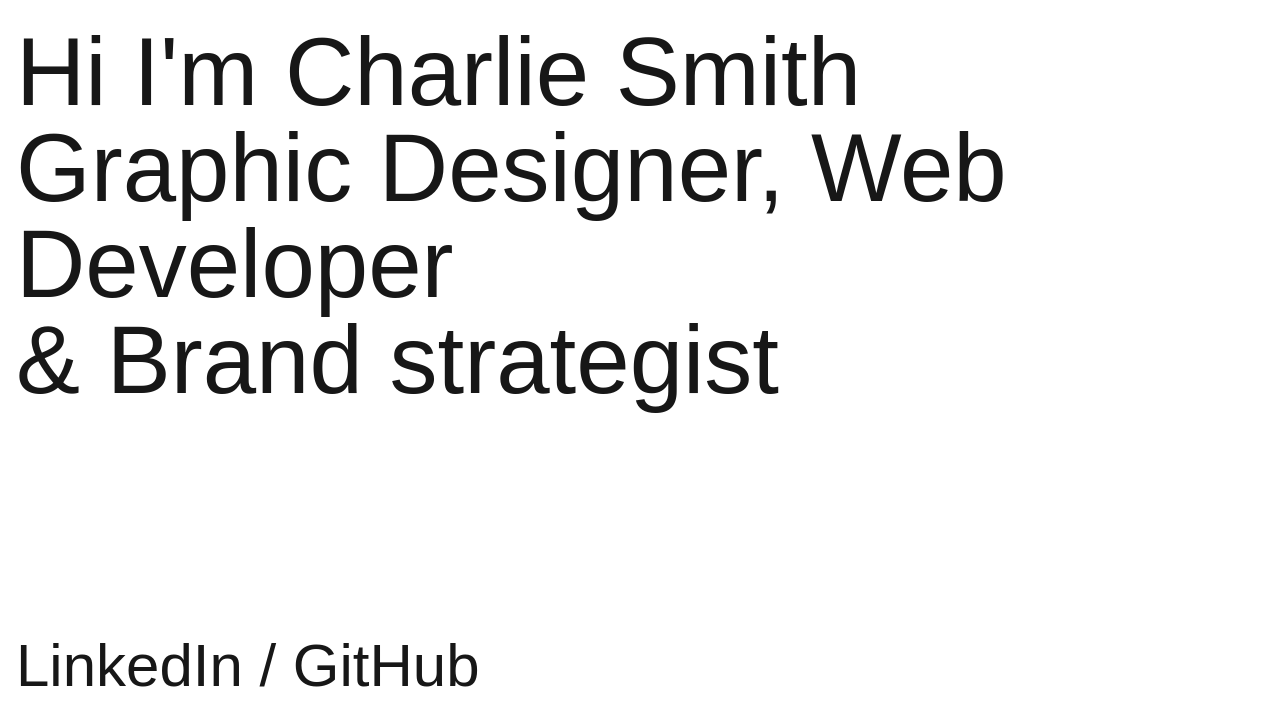
Repository: charlehs/portfolio
Page: /
An editor plug-in stored every save of this project. The page is shown before and after the next save, followed by the edit.
The browser window is 1280 px wide. The pictures show the whole page.
The project was rebuilt for these pictures with package versions that can differ from the ones it lists, and the page was loaded fresh each time. The framework's server and built-in components were replaced by stand-ins that run in the browser. Also part of the build but not shown: next.config.ts.

Above is the page before, as saved 2025-01-02 16:50:10.

### app/layout.tsx
import type { Metadata } from "next";
import localFont from "next/font/local";
import Nav from "./components/Nav";
import "./globals.css";

const geistSans = localFont({
  src: "./fonts/GeistVF.woff",
  variable: "--font-geist-sans",
  weight: "100 900",
});
const geistMono = localFont({
  src: "./fonts/GeistMonoVF.woff",
  variable: "--font-geist-mono",
  weight: "100 900",
});

export const metadata: Metadata = {
  title: "Create Next App",
  description: "Generated by create next app",
};

export default function RootLayout({
  children,
}: Readonly<{
  children: React.ReactNode;
}>) {
  return (
    <html lang="en">
      <body
        className={`${geistSans.variable} ${geistMono.variable} antialiased`}
      >
        {/* <Nav /> */}
        {children}
      </body>
    </html>
  );
}

### app/page.tsx
import Image from "next/image";

export default function Home() {
  return (
    <div className="px-4 py-6 flex flex-col justify-between h-screen ">
      <main className=" ">
        <p className=" text-8xl">
          Hi I'm Charlie Smith
          <br />{" "}
          <span>
            Graphic Designer, Web Developer
            <br /> & Brand strategist
          </span>
        </p>
      </main>
      <footer className=" ">
        <p className=" text-6xl">LinkedIn / GitHub</p>
      </footer>
    </div>
  );
}

### app/globals.css
@tailwind base;
@tailwind components;
@tailwind utilities;

:root {
  --background: #ffffff;
  --foreground: #171717;
}

@media (prefers-color-scheme: dark) {
  :root {
    --background: #0a0a0a;
    --foreground: #ededed;
  }
}

body {
  color: var(--foreground);
  background: var(--background);
  font-family: Arial, Helvetica, sans-serif;
}

@font-face {
  font-family: "Harmond";
  src: url("/fonts/Harmond-SemiBoldCondensed.otf") format("opentype");
  font-weight: 600; /* Regular */
  font-style: normal;
}

@font-face {
  font-family: "Harmond";
  src: url("/fonts/Harmond-SemBdItaCond.otf") format("opentype");
  font-weight: 600; /* Bold */
  font-style: italic;
}
@font-face {
  font-family: "Harmond";
  src: url("/fonts/Harmond-ExtraBoldExpanded.otf") format("opentype");
  font-weight: 800; /* Bold */
  font-style: normal;
}

.harmond-text {
  font-family: "Harmond", sans-serif;
}

.extra-bold {
  font-family: "Harmond", sans-serif;
  font-weight: 800;
  font-style: normal;
}

Loaded but not shown: tailwind.config.ts (common file)

After the next save:
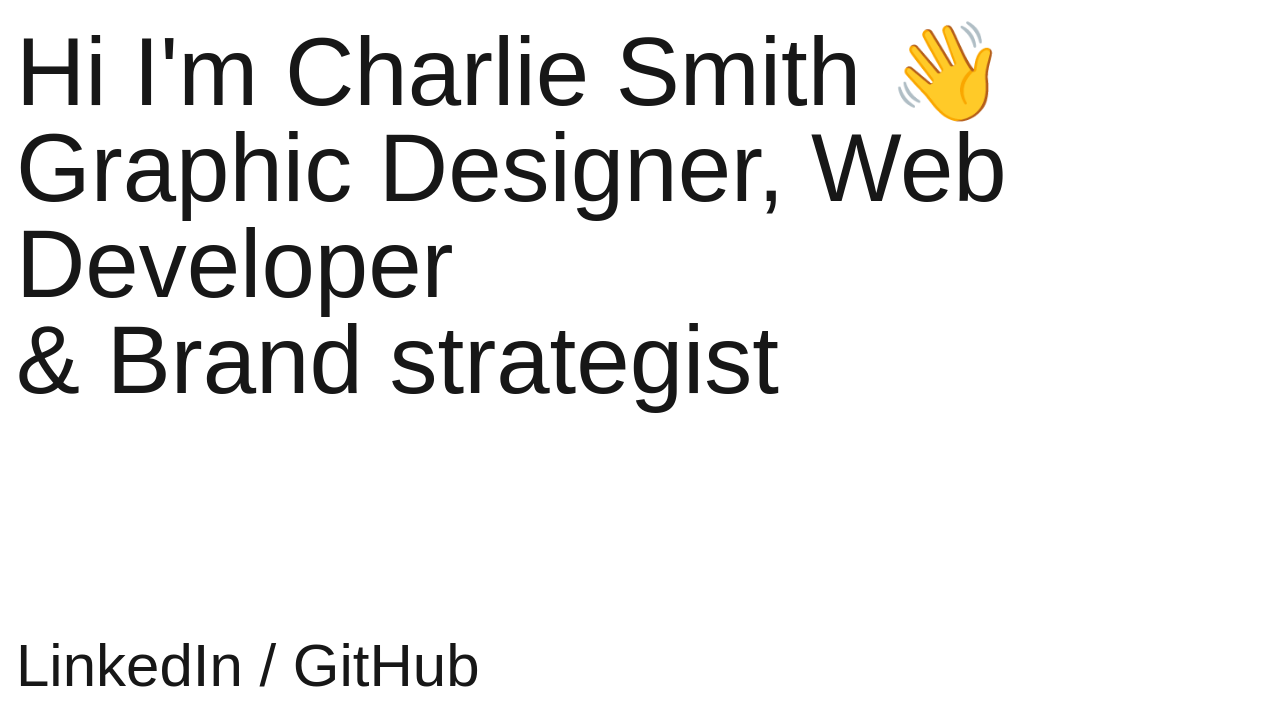
Saved 20 s later.
--- a/app/page.tsx
+++ b/app/page.tsx
@@ -5,7 +5,7 @@ export default function Home() {
     <div className="px-4 py-6 flex flex-col justify-between h-screen ">
       <main className=" ">
         <p className=" text-8xl">
-          Hi I'm Charlie Smith
+          Hi I'm Charlie Smith 👋
           <br />{" "}
           <span>
             Graphic Designer, Web Developer
